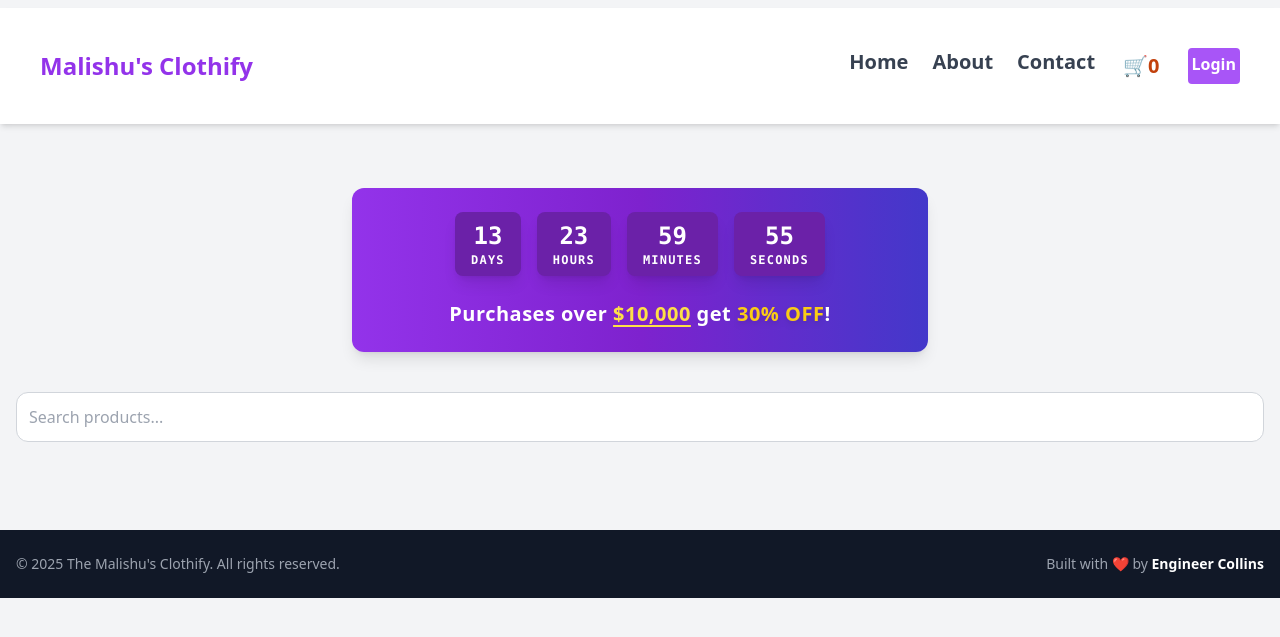
Repository: Engineer-collo/Modern-Ecommerce-Application
Page: /
An editor plug-in stored every save of this project. The page is shown before and after a run of saves, followed by the edit.
The browser window is 1280 px wide. The pictures show the whole page.
The page's requests for data from a server got no answer. The project was rebuilt for these pictures with package versions that can differ from the ones it lists, and the page was loaded fresh each time. No one was signed in, and anything a server would have sent is missing. Also part of the build but not shown: vite.config.js.

Above is the page before, as saved 2025-05-26 09:00:28.

After the next 3 saves:
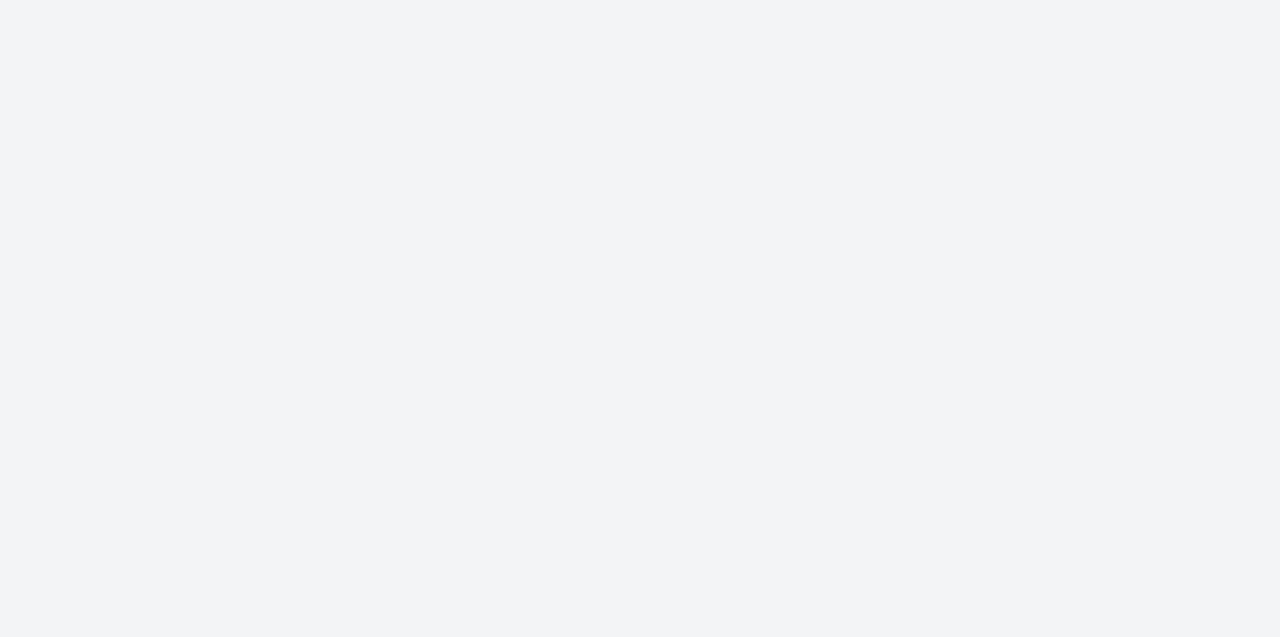
Console error: ReferenceError: impo is not defined
The 3 saves are shown as one change because they came seconds apart.
The last was saved 8 s later.
--- a/src/components/ProductDetailsView.jsx
+++ b/src/components/ProductDetailsView.jsx
@@ -1,6 +1,6 @@
 import { useParams } from 'react-router-dom';
 import { useEffect, useState } from 'react';
-
+impo
 
 const ProductDetails = ({ addToCart }) => {
   const { id } = useParams();

After the 3 saves that followed:
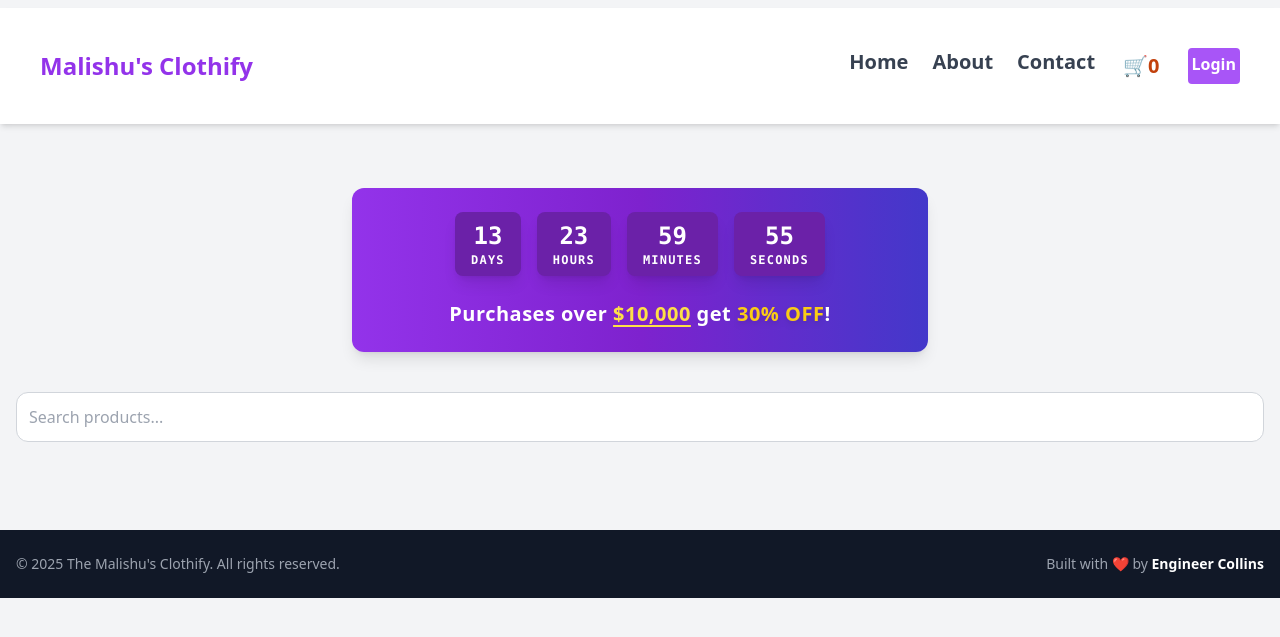
The error is gone.
The 3 saves are shown as one change because they came seconds apart.
The last was saved 9 s later.
--- a/src/components/ProductDetailsView.jsx
+++ b/src/components/ProductDetailsView.jsx
@@ -1,6 +1,6 @@
 import { useParams } from 'react-router-dom';
 import { useEffect, useState } from 'react';
-impo
+import { useNavigate } from 'react-router-dom';
 
 const ProductDetails = ({ addToCart }) => {
   const { id } = useParams();
